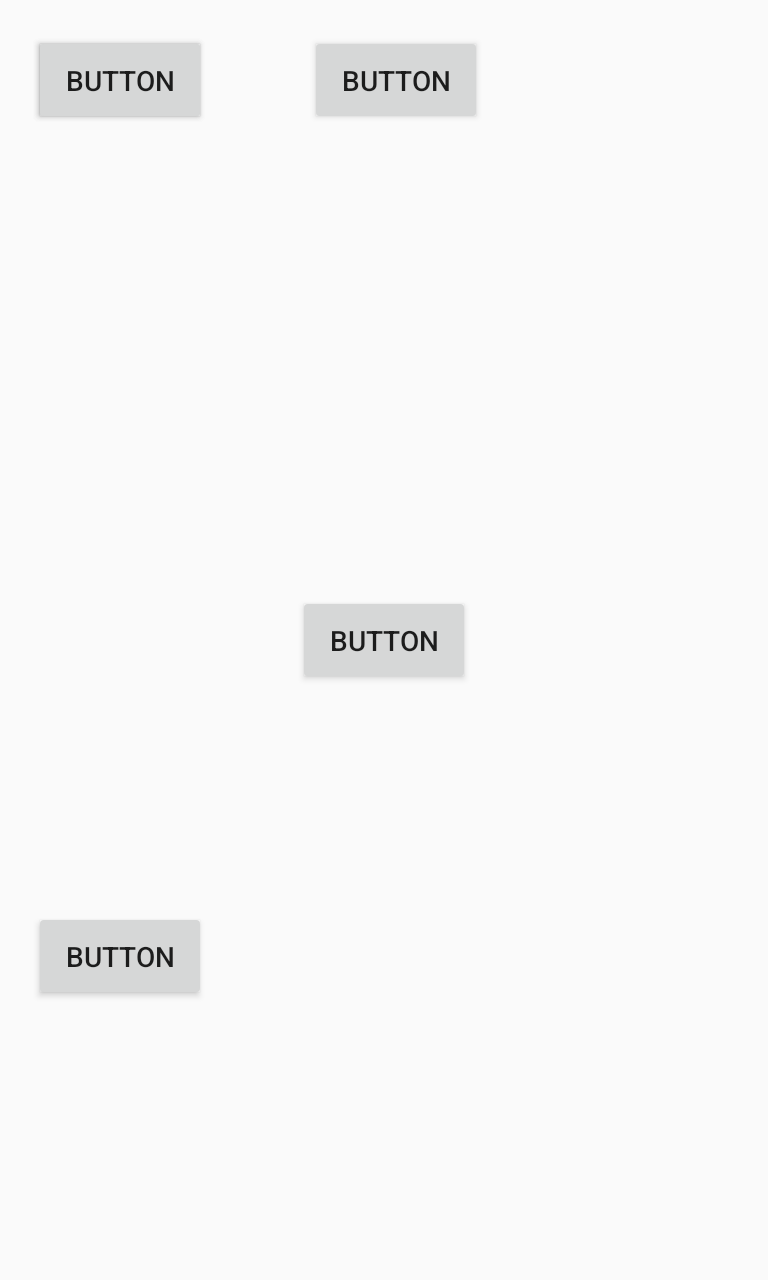
Repository: HarithaAmmuHari/Project
Layout: Relative/res/layout/activity_main.xml
These files come from the project's save history. The layout is drawn as it stood at one moment and after the next save; the edit follows.
It is drawn on a 768 x 1280 px phone screen (xhdpi) without system bars, with theme AppTheme; the app's code is not run.

Above is the layout before, as saved 2015-01-21 10:07:44.

After the next save:
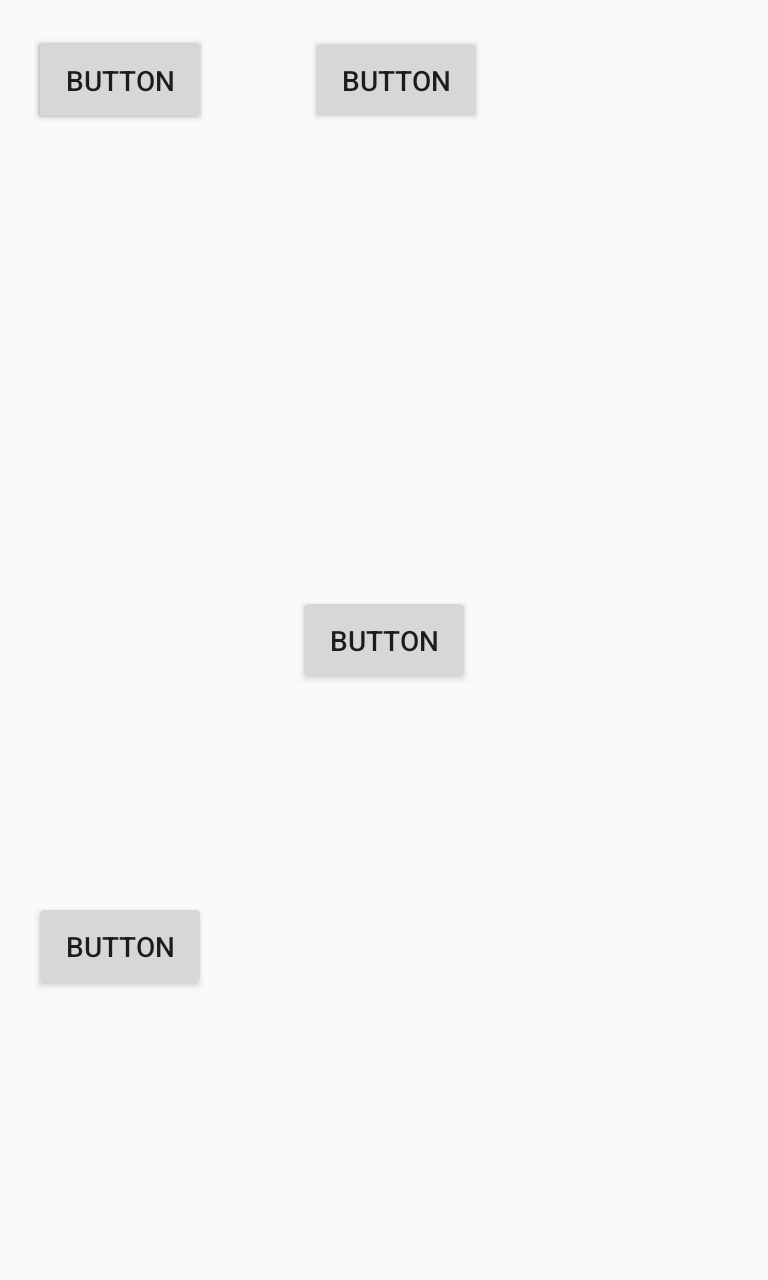
Saved 14 s later.
--- a/Relative/res/layout/activity_main.xml
+++ b/Relative/res/layout/activity_main.xml
@@ -36,7 +36,7 @@
         android:layout_width="wrap_content"
         android:layout_height="wrap_content"
         android:layout_below="@+id/button1"
-        android:layout_marginTop="390dp"
+        android:layout_marginTop="385dp"
         android:text="Button" />
 
     <Button
